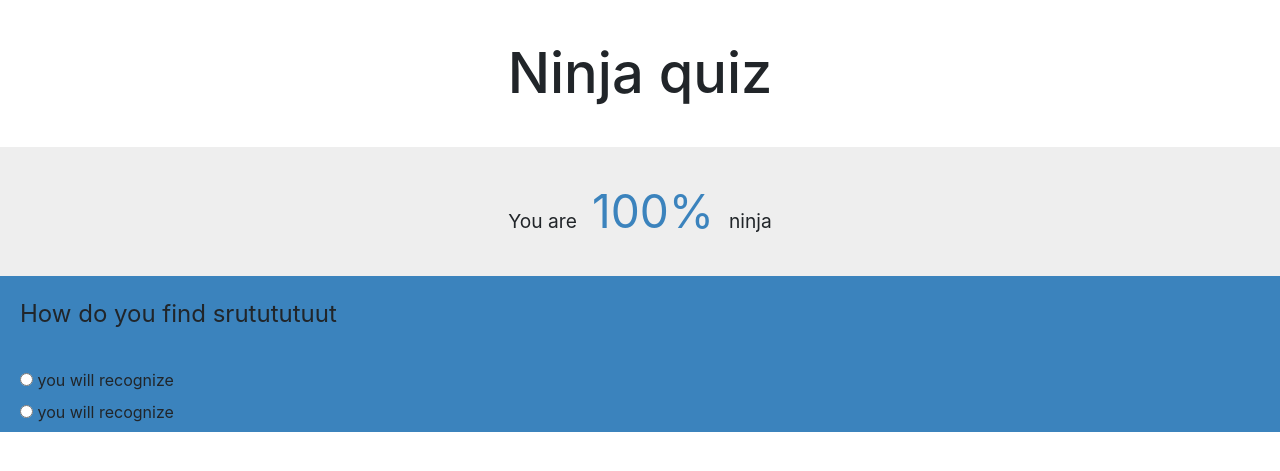
Repository: ajgors/config
Page: Nauka Js/Projekty/Quiz/index.html
These files come from the project's save history. The page is drawn as it stood at one moment and after the next save; the edit follows.
The browser window is 1280 px wide. The pictures show the whole page.

Above is the page before, as saved 2019-08-11 18:30:56.
Console error: TypeError: Cannot read properties of null (reading 'addEventListener')

After the next save:
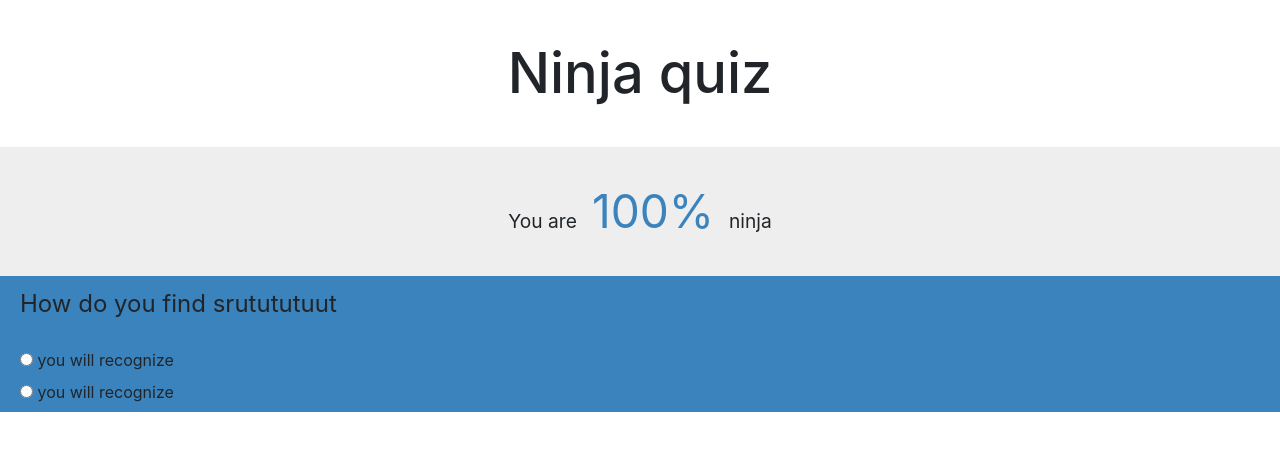
Saved 13 s later.
--- a/Nauka Js/Projekty/Quiz/css.css
+++ b/Nauka Js/Projekty/Quiz/css.css
@@ -30,5 +30,5 @@
 
 .question{
     font-size: 1.5em;
-    padding: 20px;
+    padding: 10px 20px;
 }
